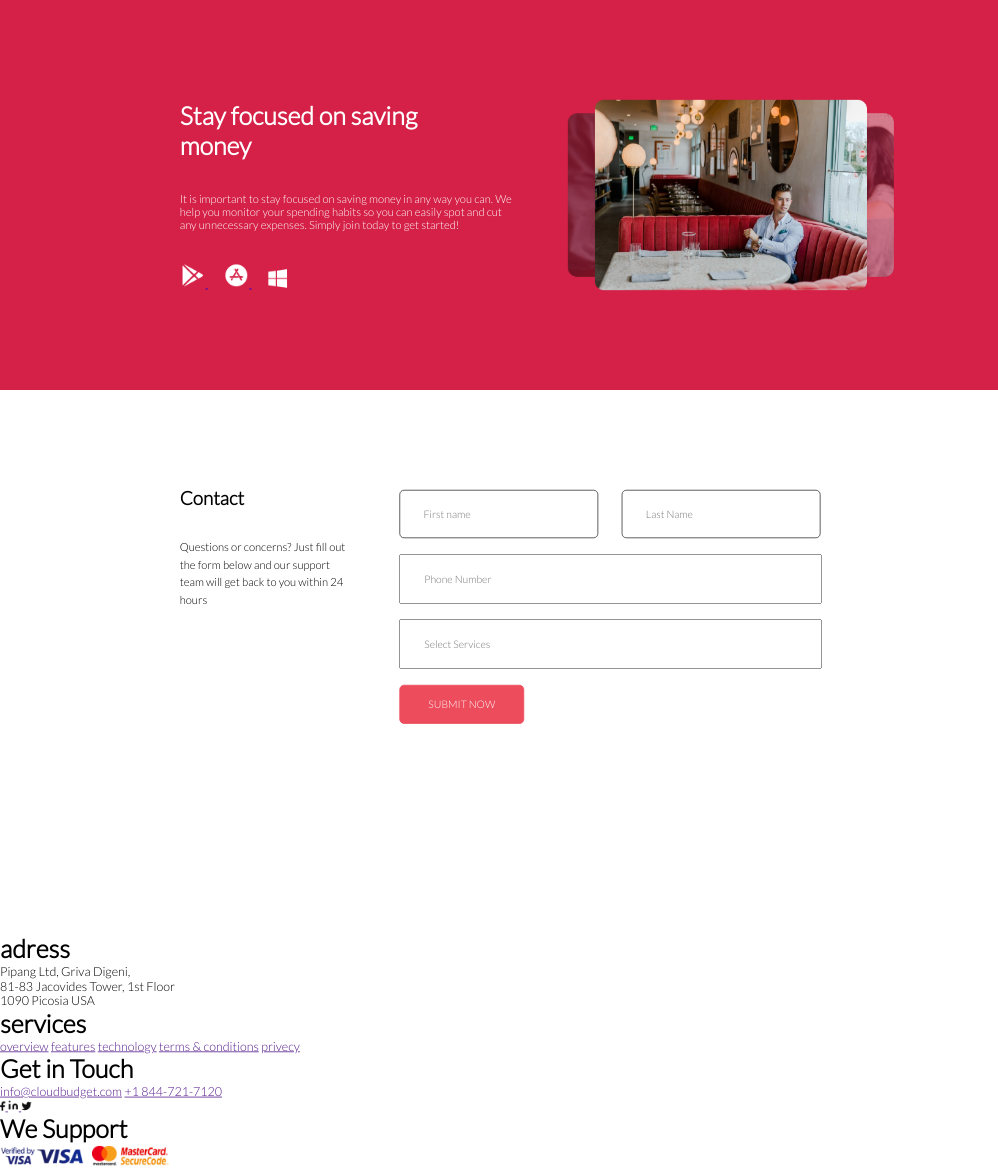
Repository: batonAnton/Cursor_lecture4
Page: index.html
An editor plug-in stored every save of this project. The page is shown before and after the next save, followed by the edit.
The browser window is 1280 px wide. The pictures show the whole page, at 78% of full size.

Above is the page before, as saved 2022-06-09 14:59:17.

### index.html
<!DOCTYPE html>
<html lang="en">
<head>
    <meta charset="UTF-8">
    <meta http-equiv="X-UA-Compatible" content="IE=edge">
    <meta name="viewport" content="width=device-width, initial-scale=1.0">
    <title>CloudBudget Freebie</title>
    <link rel="preconnect" href="https://fonts.googleapis.com">
    <link rel="preconnect" href="https://fonts.gstatic.com" crossorigin>
    <link href="https://fonts.googleapis.com/css2?family=Lato:wght@300&display=swap" rel="stylesheet">
    <link rel="stylesheet" href="css/style.css">
</head>
<body>
    <header>
        <div class="info-box">
            <h1>Stay focused on saving <br> money</h1>
            <p>It is important to stay focused on saving money in any way you can. We <br> help you monitor your spending habits so you can easily spot and cut <br> any unnecessary expenses. Simply join today to get started!</p>

            <div class="link_source">
                <a href="https://play.google.com/store/games?hl=uk&gl=US">
                    <img src="/image/icon/google_play.png" alt="icon-google">
                </a>
                <a href="https://www.apple.com/ua/app-store/">
                    <img src="/image/icon/apstore.png" alt="icon-apstore">
                </a>
                <a href="https://www.microsoft.com/uk-ua/software-download/windows10">
                    <img src="/image/icon/windows.png" alt="icon-windows">
                </a>
            </div>
        </div>

        <div class="big_img"></div>
    </header>

    <section>
        <div class="info-box">
            <h1>Contact</h1>
            <p>Questions or concerns? Just fill out the form below and our support <br> team will get back to you within 24 hours</p>
        </div>

        <div class="input-fields">
            <form>
                <div>
                    <input type="text" id="fname" placeholder="First name" name="fname">
                    <input type="text" id="lname" placeholder="Last Name" name="lname">
                </div>

                <input type="number" name="" id="number" placeholder="Phone Number">
                <input list="browsers" id="dropdown" placeholder="Select Services" name="service"> <br>
                <datalist id="browsers">
                    <option value="Service1">
                    <option value="Service2">
                    <option value="Service3">
                    <option value="Service4">
                    <option value="Service5">
                </datalist>
                <button>submit now</button>
              </form>
        </div>
    </section>

    <footer>
        <div class="all-block">
            <div class="adress-block">
                <h1>adress</h1>
                <p>
                    Pipang Ltd, Griva Digeni,<br>
                    81-83 Jacovides Tower, 1st Floor <br>
                    1090 Picosia USA
                </p>
            </div>

            <div class="services">
                <h1>services</h1>
                <a href="">overview</a>
                <a href="">features</a>
                <a href="">technology</a>
                <a href="">terms & conditions</a>
                <a href="">privecy</a>
            </div>

            <div class="link-social">
                <h1>Get in Touch</h1>
                <a href="">info@cloudbudget.com</a>
                <a href="">+1 844-721-7120</a>

                <div>
                    <a href="">
                        <img src="/image/footer/facebook.png" alt="facebook-link">
                    </a>

                    <a href="">
                        <img src="/image/footer/feather-linkedin.png" alt="linkdn">
                    </a>

                    <a href="">
                        <img src="/image/footer/tweeter.png" alt="tweeter-img">
                    </a>
                </div>
            </div>

            <div class="paymants">
                <h1>We Support</h1>
                <img src="/image/footer/secure-p-1 1.png" alt="img pay">
            </div>
        </div>

    </footer>
</body>
</html>

### css/style.css
* {
  font-family: "Lato", sans-serif;
  font-weight: 400;
  margin: 0;
  padding: 0;
  box-sizing: border-box;
}

h1{
  font-weight: 600;
}

header {
  width: 100%;
  height: 20%;
  padding: 10%;
  color: #ffffff;
  display: inline-flex;
  background-color: #d52047;
}

.info-box {
  width: 80%;
  margin-left: 10%;
}

.info-box p {
  width: 90%;
  margin: 40px 0;
  font-size: 0.9rem;
}

.link_source a {
  margin-left: -19px;
  padding: 0 20px;
}

.big_img {
  background-image: url("/image/Photo.png");
  width: 70%;
  background-repeat: no-repeat;
  background-position: center;
  background-size: contain;
}

/* Section */
section {
  color: #000000;
  display: inline-flex;
  padding: 10%;
  width: 100%;
  margin-bottom: 120px;
}

section .info-box {
  width: 80%;
  color:
  #000000;
  line-height: 140%;
}

section .info-box h1{
  font-weight: 600;
}

#fname,
#lname {
  width: 255px;
  height: 60px;
  border: 1px solid #333333;
  border-radius: 6px;
}



.input-fields input {
  width: 95%;
  height: 60px;
  padding: 30px;
}

form div {
  display: inline-flex;
}
form input,
button {
  margin-left: 30px;
  margin-bottom: 20px;
  /* margin: 0px 0px 30px 10px; */
}


.input-fields {
  margin-right: 100px;
}

button {
  background-color: #ed4c5c;
  color: #ffffff;
  width: 160px;
  height: 50px;
  border: 1.5px solid #ed4c5c;
  border-radius: 6px;
  text-transform: uppercase;
}

After the next save:
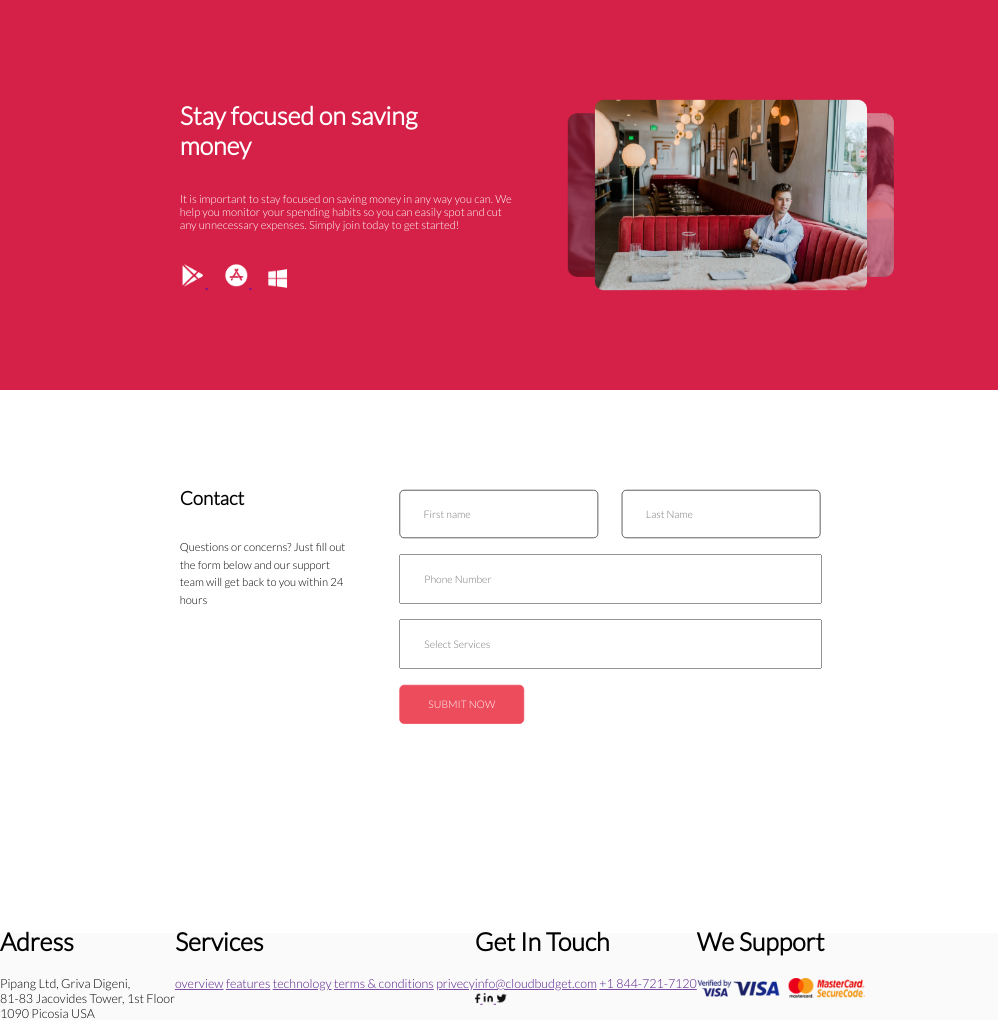
Saved 2 min 18 s later.
--- a/css/style.css
+++ b/css/style.css
@@ -103,3 +103,22 @@ button {
   border-radius: 6px;
   text-transform: uppercase;
 }
+
+
+footer{
+  background-color: #FAFAFA;
+ margin:0px auto 0px auto;
+}
+
+.all-block{
+  display: inline-flex;
+
+}
+
+footer h1{
+  font-style: normal;
+  font-weight: 700;
+  line-height: 22px;
+  text-transform: capitalize;
+  margin-bottom: 33px;
+}
